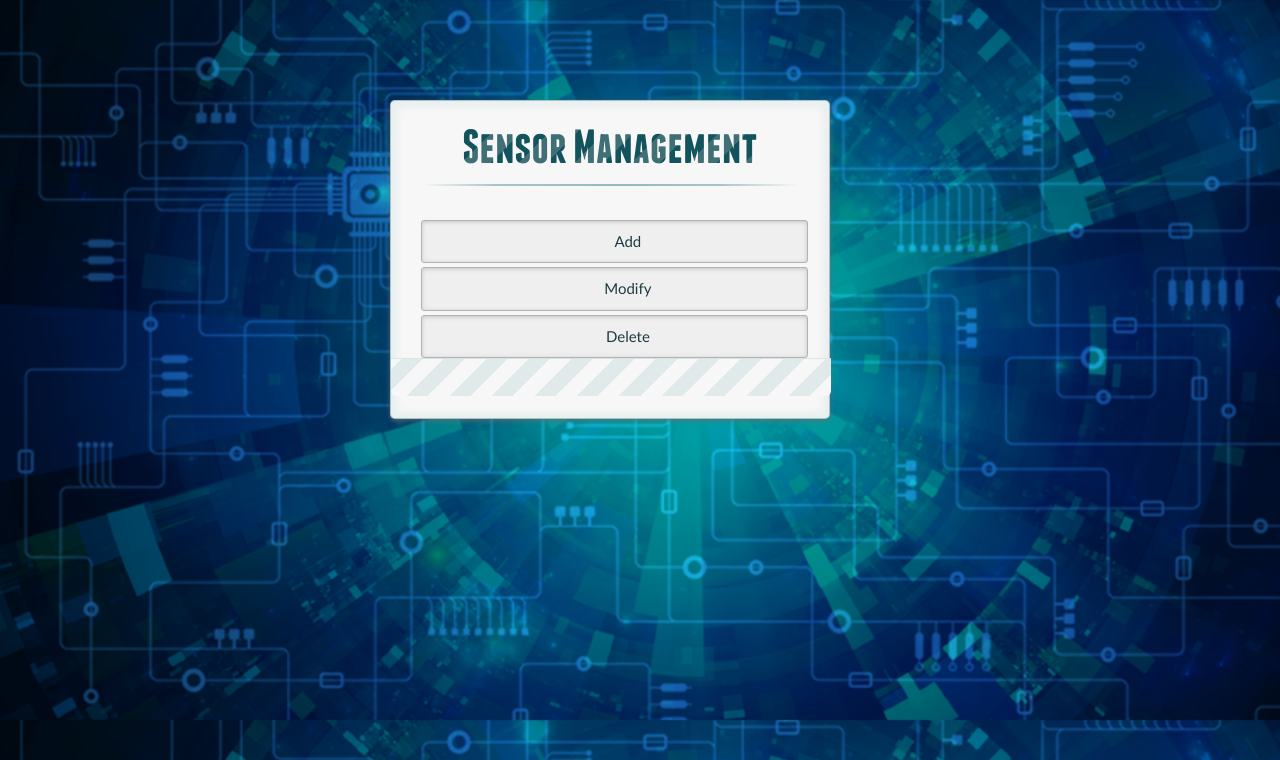
Repository: SharatNH/281mainproject
Page: sensorcloud/WebContent/menu.html
An editor plug-in stored every save of this project. The page is shown before and after the next save, followed by the edit.
The browser window is 1280 px wide. The pictures show the whole page.
Some web fonts or font styles are not loaded; a fallback is used.

Above is the page before, as saved 2016-05-17 20:57:44.

After the next save:
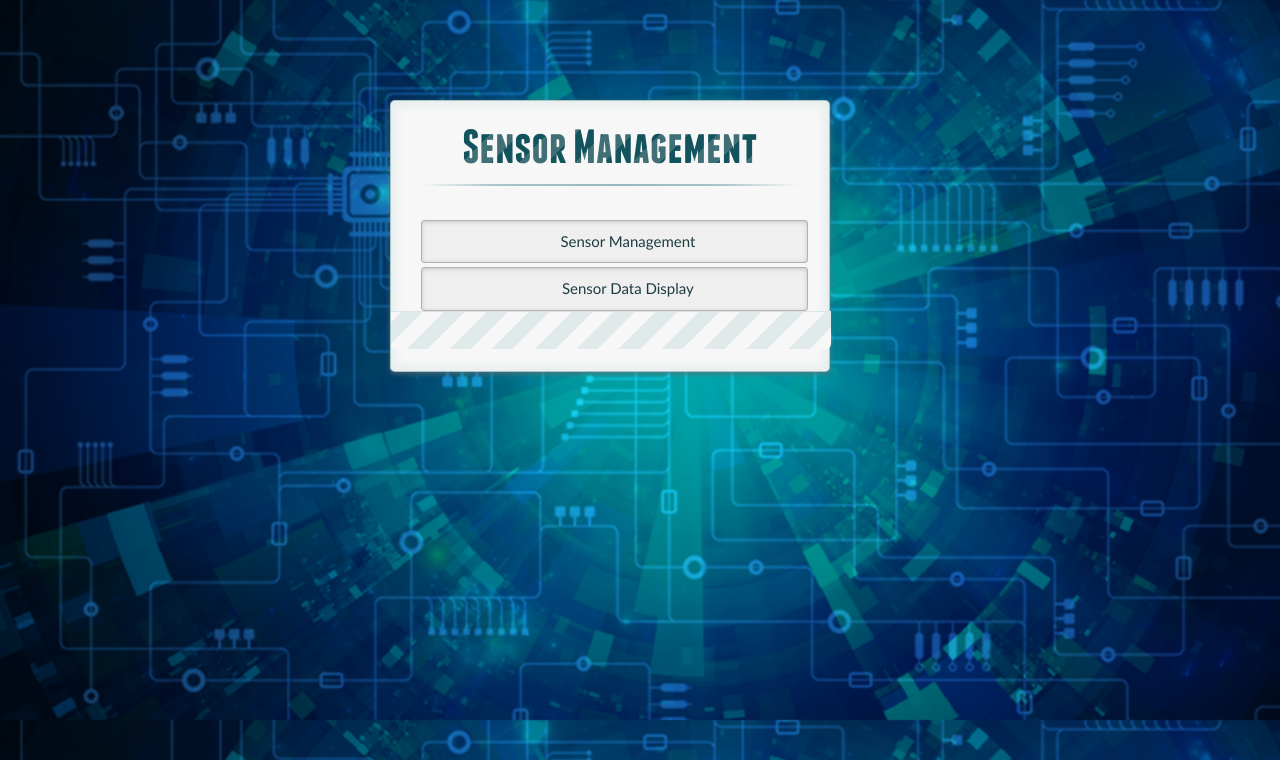
Saved 90 s later.
--- a/sensorcloud/WebContent/menu.html
+++ b/sensorcloud/WebContent/menu.html
@@ -23,9 +23,9 @@
             <div id="login" class="animate form">
                <form  id="myform" autocomplete="on" method="post">
                     <h1>Sensor Management</h1>
-                    <input  type="submit" value="Add"  onclick="document.forms['myform'].action='sensorcreation.html'" />
-                    <input  type="submit" value="Modify" onclick="document.forms['myform'].action='index.html'"/>
-                    <input  type="submit" value="Delete" onclick="document.forms['myform'].action='Displaysensor.html'"/>
+                    <input  type="submit" value="Sensor Management"  onclick="document.forms['myform'].action='sensormanagement.html'" />
+
+                    <input  type="submit" value="Sensor Data Display" onclick="document.forms['myform'].action='sensordisplay.html'"/>
                     <p class="change_link"></p>
                 </form>
             </div>
